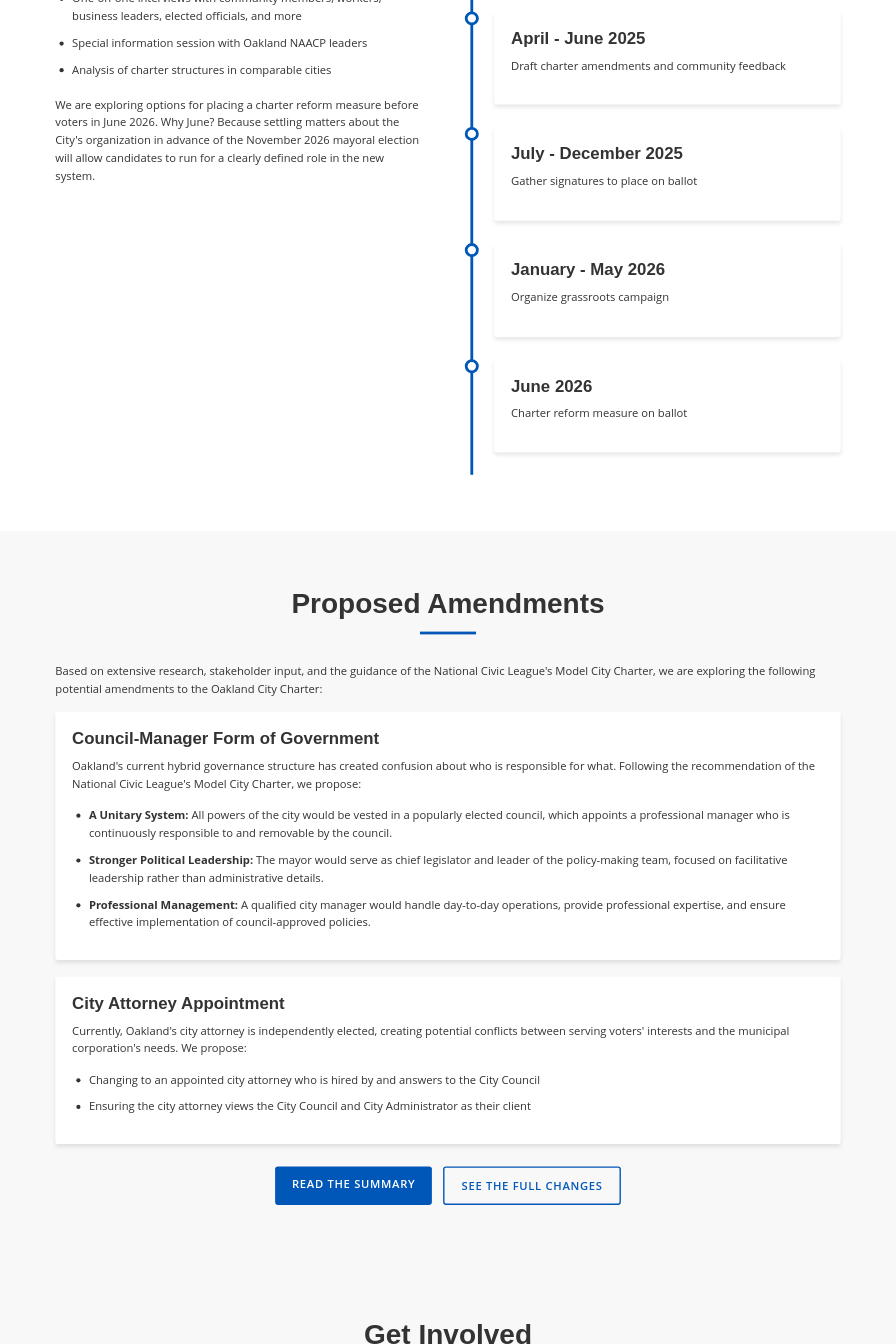
Repository: bgould132/oaklandcharterreform
Page: index.html
An editor plug-in stored every save of this project. The page is shown before and after the next save, followed by the edit.
The browser window is 1280 px wide. The pictures show the part of the page from y = 2595 to 4515 px (the page is 5458 px tall), at 70% of full size.

Above is the page before, as saved 2025-04-08 10:55:09.

### index.html
<!DOCTYPE html>
<html lang="en">
<head>
    <meta charset="UTF-8">
    <meta name="viewport" content="width=device-width, initial-scale=1.0">
    <meta name="description" content="Oakland Charter Reform Project - Building a more effective government for Oakland">
    <title>Oakland Charter Reform Project</title>
    <link rel="stylesheet" href="css/styles.css">
    <!-- Font Awesome for icons -->
    <link rel="stylesheet" href="https://cdnjs.cloudflare.com/ajax/libs/font-awesome/6.4.2/css/all.min.css">
</head>
<body>
    <header>
        <div class="container">
            <nav aria-label="Main navigation">
                <div class="logo">
                    <a href="index.html" aria-label="Oakland Charter Reform Project Home">
                        <img src="images/logo/OCRP logo design.jpg" alt="Oakland Charter Reform Project Logo">
                    </a>
                </div>
                <button class="mobile-menu-button" aria-label="Toggle menu" aria-expanded="false" aria-controls="main-menu">
                    <span class="hamburger-icon"></span>
                </button>
                <ul id="main-menu" class="nav-menu">
                    <li><a href="#why-charter-reform" class="active">Why Charter Reform</a></li>
                    <li><a href="#principles">Principles</a></li>
                    <li><a href="#proposed-amendments">Proposed Amendments</a></li>
                    <li><a href="#our-approach">Our Approach</a></li>
                    <li><a href="about.html">About Us</a></li>
                    <li><a href="#contact">Contact</a></li>
                </ul>
            </nav>
        </div>
    </header>

    <main>
        <!-- Hero Section -->
        <section class="hero" aria-labelledby="hero-heading">
            <div class="hero-image">
                <picture>
                    <!-- Smaller image for mobile -->
                    <source srcset="images/Downtown/IMG_7632.jpg" media="(max-width: 768px)">
                    <!-- Larger image for desktop -->
                    <img src="images/Downtown/IMG_7632.jpg" alt="Downtown Oakland skyline view">
                </picture>
                <div class="hero-content">
                    <h1 id="hero-heading">Oakland Charter Reform Project</h1>
                    <p class="tagline">Building a more effective government for Oakland</p>
                    <a href="#why-charter-reform" class="cta-button">Learn More</a>
                </div>
            </div>
        </section>

        <!-- Why Charter Reform Section -->
        <section id="why-charter-reform" class="section" aria-labelledby="why-heading">
            <div class="container">
                <h2 id="why-heading">Why Charter Reform?</h2>
                <div class="section-content">
                    <div class="text-content">
                        <p class="highlight-quote">"Oakland's government is designed to fail."</p>
                        <p>Every stakeholder we've met with – many with decades of experience working for or in partnership with the Oakland city government – told us that Oakland's flawed city charter is either partly or largely responsible for the City's dysfunction.</p>

                        <p>The recent recall of Mayor Sheng Thao represents a peak moment of dissatisfaction with Oakland's government. No other mayor in Oakland's 173-year history has ever been recalled from office. An astonishing 79% of Oakland residents feel the City is on the wrong track.</p>

                        <p>Oakland's "hybrid structure makes it difficult to establish accountability for the effective functioning of government since it leaves open the question of which branch of government is in charge." In other words - the buck stops nowhere.</p>
                    </div>
                    <div class="stat-boxes">
                        <div class="stat-box">
                            <span class="stat-number">79%</span>
                            <p>of Oaklanders think the city is on the wrong track</p>
                        </div>
                        <div class="stat-box">
                            <span class="stat-number">100+</span>
                            <p>stakeholders consulted about charter reform</p>
                        </div>
                    </div>
                </div>
            </div>
        </section>

        <!-- Principles Section -->
        <section id="principles" class="section alt-bg" aria-labelledby="principles-heading">
            <div class="container">
                <h2 id="principles-heading">Our Principles</h2>
                <div class="principles-grid">
                    <div class="principle-card">
                        <div class="principle-icon">
                            <i class="fas fa-balance-scale"></i>
                        </div>
                        <h3>Accountability</h3>
                        <p>Clear lines of responsibility so the buck stops somewhere definite, enabling residents to hold their government accountable.</p>
                    </div>
                    <div class="principle-card">
                        <div class="principle-icon">
                            <i class="fas fa-chart-line"></i>
                        </div>
                        <h3>Effectiveness</h3>
                        <p>A government structure that combines democratic governance with professional management to enable efficient delivery of services and implementation of policies that improve quality of life.</p>
                    </div>
                    <div class="principle-card">
                        <div class="principle-icon">
                            <i class="fas fa-user-friends"></i>
                        </div>
                        <h3>Representation</h3>
                        <p>Ensuring all Oakland residents have their voices heard and interests represented in city government.</p>
                    </div>
                    <div class="principle-card">
                        <div class="principle-icon">
                            <i class="fas fa-search"></i>
                        </div>
                        <h3>Transparency</h3>
                        <p>Open and accessible government processes that allow residents to understand how decisions are made.</p>
                    </div>
                </div>
            </div>
        </section>

        <!-- Our Approach Section -->
        <section id="our-approach" class="section" aria-labelledby="approach-heading">
            <div class="container">
                <h2 id="approach-heading">Our Approach</h2>
                <div class="approach-content">
                    <div class="approach-text">
                        <p>The Oakland Charter Reform Project has conducted extensive research and community engagement to inform our approach to charter reform:</p>

                        <ul class="approach-list">
                            <li>Three focus groups with diverse Oakland stakeholders</li>
                            <li>One-on-one interviews with community members, workers, business leaders, elected officials, and more</li>
                            <li>Special information session with Oakland NAACP leaders</li>
                            <li>Analysis of charter structures in comparable cities</li>
                        </ul>

                        <p>We are exploring options for placing a charter reform measure before voters in June 2026. Why June? Because settling matters about the City's organization in advance of the November 2026 mayoral election will allow candidates to run for a clearly defined role in the new system.</p>
                    </div>
                    <div class="timeline">
                        <div class="timeline-item">
                            <div class="timeline-marker"></div>
                            <div class="timeline-content">
                                <h3>December 2024 - March 2025</h3>
                                <p>Initial research and stakeholder interviews</p>
                            </div>
                        </div>
                        <div class="timeline-item">
                            <div class="timeline-marker"></div>
                            <div class="timeline-content">
                                <h3>April - June 2025</h3>
                                <p>Draft charter amendments and community feedback</p>
                            </div>
                        </div>
                        <div class="timeline-item">
                            <div class="timeline-marker"></div>
                            <div class="timeline-content">
                                <h3>July - December 2025</h3>
                                <p>Gather signatures to place on ballot</p>
                            </div>
                        </div>
                        <div class="timeline-item">
                            <div class="timeline-marker"></div>
                            <div class="timeline-content">
                                <h3>January - May 2026</h3>
                                <p>Organize grassroots campaign</p>
                            </div>
                        </div>
                        <div class="timeline-item">
                            <div class="timeline-marker"></div>
                            <div class="timeline-content">
                                <h3>June 2026</h3>
                                <p>Charter reform measure on ballot</p>
                            </div>
                        </div>
                    </div>
                </div>
            </div>
        </section>

        <!-- Proposed Amendments Section -->
        <section id="proposed-amendments" class="section alt-bg" aria-labelledby="amendments-heading">
            <div class="container">
                <h2 id="amendments-heading">Proposed Amendments</h2>
                <div class="section-content">
                    <div class="text-content">
                        <p>Based on extensive research, stakeholder input, and the guidance of the National Civic League's Model City Charter, we are exploring the following potential amendments to the Oakland City Charter:</p>

                        <div class="amendment-card">
                            <h3>Council-Manager Form of Government</h3>
                            <p>Oakland's current hybrid governance structure has created confusion about who is responsible for what. Following the recommendation of the National Civic League's Model City Charter, we propose:</p>
                            <ul class="amendment-list">
                                <li><strong>A Unitary System:</strong> All powers of the city would be vested in a popularly elected council, which appoints a professional manager who is continuously responsible to and removable by the council.</li>
                                <li><strong>Stronger Political Leadership:</strong> The mayor would serve as chief legislator and leader of the policy-making team, focused on facilitative leadership rather than administrative details.</li>
                                <li><strong>Professional Management:</strong> A qualified city manager would handle day-to-day operations, provide professional expertise, and ensure effective implementation of council-approved policies.</li>
                            </ul>
                        </div>

                        <div class="amendment-card">
                            <h3>City Attorney Appointment</h3>
                            <p>Currently, Oakland's city attorney is independently elected, creating potential conflicts between serving voters' interests and the municipal corporation's needs. We propose:</p>
                            <ul class="amendment-list">
                                <li>Changing to an appointed city attorney who is hired by and answers to the City Council</li>
                                <li>Ensuring the city attorney views the City Council and City Administrator as their client</li>
                            </ul>
                        </div>

                        <div class="buttons-container">
                            <a href="#" class="cta-button">Read the Summary</a>
                            <a href="#" class="outline-button">See the Full Changes</a>
                        </div>
                    </div>
                </div>
            </div>
        </section>

        <!-- Contact Section -->
        <section id="contact" class="section alt-bg" aria-labelledby="contact-heading">
            <div class="container">
                <h2 id="contact-heading">Get Involved</h2>
                <div class="contact-content">
                    <p>Join us in building a better Oakland through charter reform. Contact us to learn more, share your ideas, or get involved.</p>
                    <div class="contact-info">
                        <p><strong>Email:</strong> <a href="mailto:oaklandcharterreformproject@gmail.com">oaklandcharterreformproject@gmail.com</a></p>
                        <div class="signup-form">
                            <p>Want more updates? Add your name to our contact list:</p>
                            <a href="#" class="cta-button">Join Our Mailing List</a>
                        </div>
                    </div>
                </div>
            </div>
        </section>
    </main>

    <footer>
        <div class="container">
            <div class="footer-content">
                <div class="footer-logo">
                    <img src="images/logo/OCRP logo design.jpg" alt="Oakland Charter Reform Project Logo" width="120">
                </div>
                <div class="footer-text">
                    <p>&copy; 2025 Oakland Charter Reform Project. All rights reserved.</p>
                    <p>In the spirit of a better Oakland,</p>
                    <div class="signature">
                        <img src="images/logo/steve and ben and nancy signature.jpg" alt="Signatures of Steven Falk, Ben Gould, and Nancy Falk" class="signature-img">
                        <p>Steven Falk, Ben Gould, and Nancy Falk<br>
                        Oakland Charter Reform Project Organizers</p>
                    </div>
                </div>
            </div>
        </div>
    </footer>

    <script src="js/main.js"></script>
</body>
</html>

Loaded but not shown: js/main.js (101 lines, source omitted); css/styles.css (816 lines, source omitted)

After the next save:
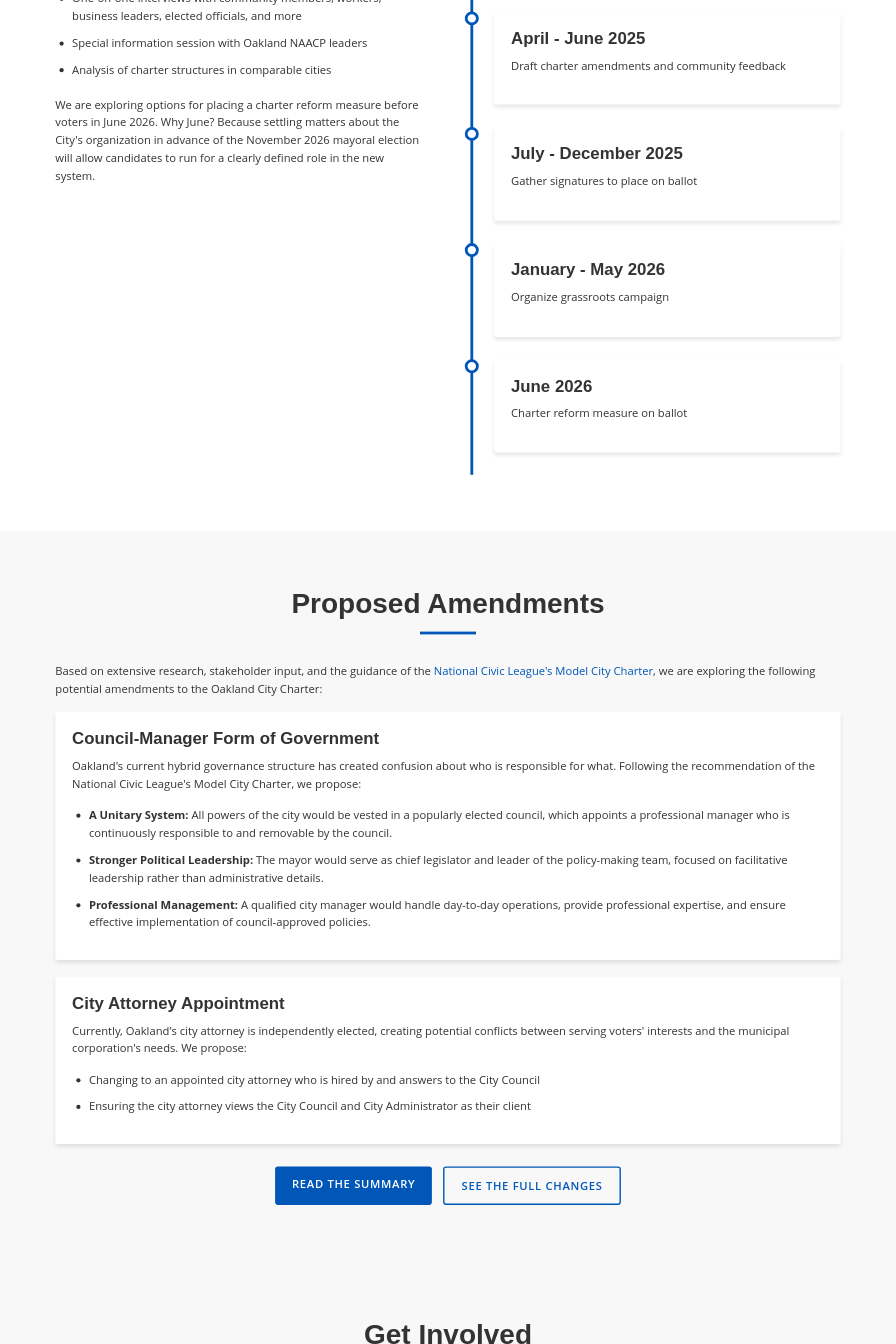
Saved 4 min 23 s later.
--- a/index.html
+++ b/index.html
@@ -179,7 +179,7 @@
                 <h2 id="amendments-heading">Proposed Amendments</h2>
                 <div class="section-content">
                     <div class="text-content">
-                        <p>Based on extensive research, stakeholder input, and the guidance of the National Civic League's Model City Charter, we are exploring the following potential amendments to the Oakland City Charter:</p>
+                        <p>Based on extensive research, stakeholder input, and the guidance of the <a href="https://www.nationalcivicleague.org/model-city-charter-9th-edition/">National Civic League's Model City Charter</a>, we are exploring the following potential amendments to the Oakland City Charter:</p>
 
                         <div class="amendment-card">
                             <h3>Council-Manager Form of Government</h3>
